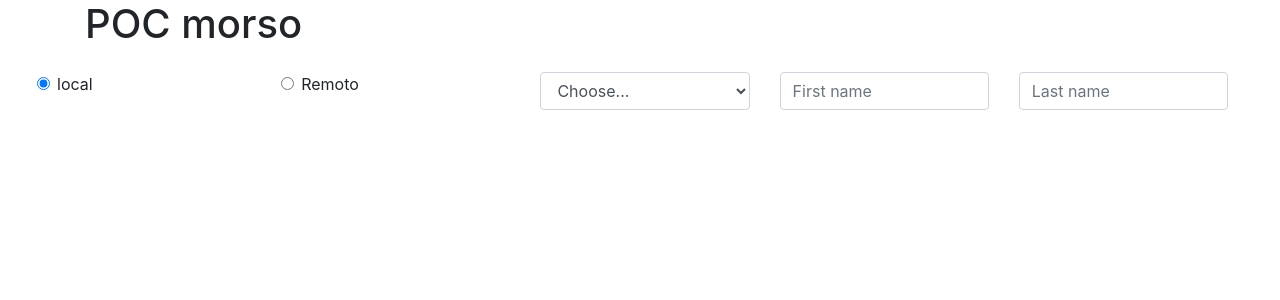
Repository: marisaoliva/poc-execute-cmd
Page: index.html
The author's editor kept a copy of each file at every save. The page is drawn from the files as they stood at one save, then again after the next save.
The browser window is 1280 px wide. The pictures show the whole page.

Above is the page before, as saved 2019-03-01 14:56:56.

### index.html
<html>
    <head>
        <link rel="stylesheet" href="https://stackpath.bootstrapcdn.com/bootstrap/4.3.1/css/bootstrap.min.css" integrity="sha384-ggOyR0iXCbMQv3Xipma34MD+dH/1fQ784/j6cY/iJTQUOhcWr7x9JvoRxT2MZw1T" crossorigin="anonymous">
    </head>
    <body>
        <div class='container'>
            <h1>POC morso</h1>
              <form>
                <div class="row mx-md-n5 mt-4">
                    <div class="form-check col">
                        <input class="form-check-input" type="radio" name="exampleRadios" id="exampleRadios1" value="option1" checked>
                        <label class="form-check-label" for="exampleRadios1">
                                local
                        </label>
                    </div>
                    <div class="form-check col">
                        <input class="form-check-input" type="radio" name="exampleRadios" id="exampleRadios2" value="option2">
                        <label class="form-check-label" for="exampleRadios2">
                        Remoto
                        </label>
                    </div>
                    <div class='col'>
                        <select id="inputState" class="form-control">
                            <option selected>Choose...</option>
                            <option>...</option>
                        </select>
                    </div>
                    <div class="col">
                        <input type="text" class="form-control" placeholder="First name">
                    </div>
                    <div class="col">
                        <input type="text" class="form-control" placeholder="Last name">
                    </div>

                </div>
              </form>
        </div>
    </body>
</html>

After the next save:
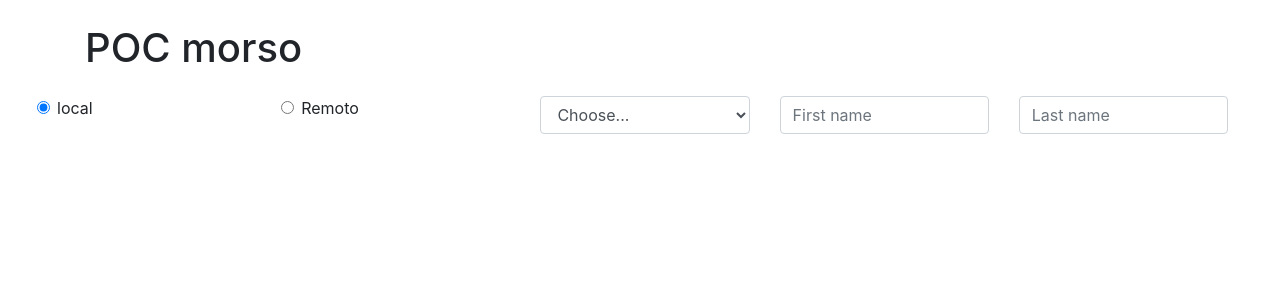
Saved 11 s later.
--- a/index.html
+++ b/index.html
@@ -3,7 +3,7 @@
         <link rel="stylesheet" href="https://stackpath.bootstrapcdn.com/bootstrap/4.3.1/css/bootstrap.min.css" integrity="sha384-ggOyR0iXCbMQv3Xipma34MD+dH/1fQ784/j6cY/iJTQUOhcWr7x9JvoRxT2MZw1T" crossorigin="anonymous">
     </head>
     <body>
-        <div class='container'>
+        <div class='container mt-4'>
             <h1>POC morso</h1>
               <form>
                 <div class="row mx-md-n5 mt-4">
